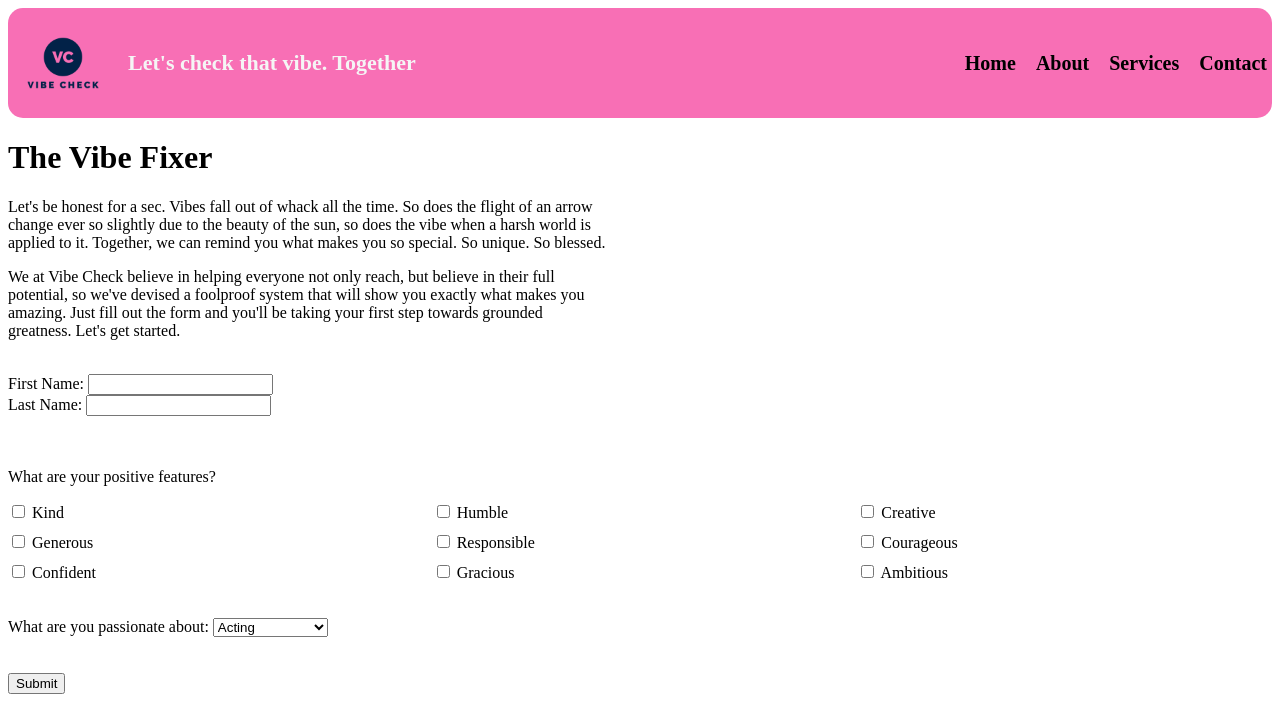
Repository: Chadloswald/Dis-Service
Page: docs/index.html
These files come from the project's save history. The page is drawn as it stood at one moment and after the next save; the edit follows.
The browser window is 1280 px wide. The pictures show the whole page.

Above is the page before, as saved 2023-05-02 11:09:19.

### docs/index.html
<!DOCTYPE html>
<html>
<head>
	<title>Dis-Service</title>
	<link rel="stylesheet" type="text/css" href="styles.css">
	<script src="scripts.js"></script>
</head>
<body>
	<header>
		<div class="logo">
		  <img src="logo.jpeg" alt="Logo">
		  <h1>Let's check that vibe. Together</h1>
		</div>
		<nav>
		  <ul>
			<li><a href="#">Home</a></li>
			<li><a href="#">About</a></li>
			<li><a href="#">Services</a></li>
			<li><a href="#">Contact</a></li>
		  </ul>
		</nav>
	  </header>
	<h1>The Vibe Fixer</h1>
	  <p>Let's be honest for a sec. Vibes fall out of whack all the time. So does the flight of an arrow change ever so slightly due to the beauty of the sun, so does the vibe when a harsh world is applied to it. Together, we can remind you what makes you so special. So unique. So blessed.</p>
		<p>We at Vibe Check believe in helping everyone not only reach, but believe in their full potential, so we've devised a foolproof system that will show you exactly what makes you amazing. Just fill out the form and you'll be taking your first step towards grounded greatness. Let's get started.</p>
	  <br>
	<form>

		<label>
			First Name:
			<input type="text" name="firstname" id="firstname">
		</label>
		<label>
			Last Name:
			<input type="text" name="lastname" id="lastname">
		</label>
		<br><br>
		<!-- ----------------------------------------- -->
		<p>What are your positive features?</p>
		<div id="checkbox-grid">
		<label>
			<input type="checkbox" name="option1" value="cruel">
			Kind
		</label>
		<label>
			<input type="checkbox" name="option2" value="arrogant">
			Humble
		</label>
		<label>
			<input type="checkbox" name="option3" value="mundane">
			Creative
		</label>
		<label>
			<input type="checkbox" name="option4" value="greedy">
			Generous
		</label>
		<label>
			<input type="checkbox" name="option5" value="irressponsible">
			Responsible
		</label>
		<label>
			<input type="checkbox" name="option6" value="cowardly">
			Courageous
		</label>
		<label>
			<input type="checkbox" name="option7"value="insecure">
			Confident
		</label>
		<label>
			<input type="checkbox" name="option8" value="ungrateful">
			Gracious
		</label>
		<label>
			<input type="checkbox" name="option9" value="apathetic">
			Ambitious
		</label>
	</div>
	<br><br>
		<!-- ------------------------------------------------- -->
		<label>
			What are you passionate about:
			<select id="dropdown">
				<option value="you on stage makes Kristen Stewart's performance in Twilight look Oscar worthy">Acting</option>
				<option value="we checked your chart and your big three are all in ugly">Astrology</option>
				<option value="the next time you get our your telescope I'm going to shine a flashlight right down the tube">Astronomy</option>
				<option value="that bottom is so soggy that Paul Hollywood would never shake your hand">Baking</option>
				<option value="I'm sure your 12 followers are just riveted">Blogging</option>
				<option value="option5">Calligraphy</option>
				<option value="option6">Ceramics</option>
				<option value="option7">Chess</option>
				<option value="option8">Collecting</option>
				<option value="it's called salt! Try using it sometime">Cooking</option>
				<option value="option10">Dancing</option>
				<option value="option10">Drawing</option>
				<option value="option10">Film-making</option>
				<option value="option10">Gardening</option>
				<option value="option10">Hiking</option>
				<option value="option10">Jewelry-making</option>
				<option value="option10">Knitting</option>
				<option value="option10">Meditation</option>
				<option value="option10">Music</option>
				<option value="option10">Painting</option>
				<option value="option10">Photography</option>
				<option value="option10">Playing sports</option>
				<option value="option10">Pottery</option>
				<option value="option10">Reading</option>
				<option value="option10">Running</option>
				<option value="option10">Singing</option>
				<option value="option10">Traveling</option>
				<option value="option10">Volunteering</option>
				<option value="option10">Woodworking</option>
				<option value="option10">Writing</option>
				<option value="option10">Yoga</option>
			</select>
		</label>
		<br><br>
		<input type="submit" value="Submit" onclick="displayMessage()">
	</form>
</body>
</html>

### docs/styles.css
label {
	display: block;
}

#checkbox-grid {
	display: grid;
	grid-template-columns: repeat(3, 1fr);
	grid-gap: 10px;
  }

  #checkbox-grid label {
	display: block;
  }

  header {
	background-color: #f86fb5;
	color: whitesmoke;
	display: flex;
	justify-content: space-between;
	align-items: center;
	padding: 5px;
	border-radius: 15px;
  }

  header h1 {
	font-size: 22px;
  }

  .logo {
	display: flex;
	align-items: center;
  }

  .logo img {
	height: 100px;
	margin-right: 15px;
  }

  nav ul {
	display: flex;
	list-style: none;
  }

  nav li {
	margin-left: 20px;
  }

  nav a {
	color: black;
	text-decoration: none;
	font-weight: bold;
	font-size: 20px;
  }

  p {
	max-width: 600px;
  }

### docs/scripts.js
function displayMessage() {
	// get the values of the input fields
	var firstname = document.getElementById("firstname").value;
	var lastname = document.getElementById("lastname").value;

	// get the values of the selected checkboxes
	var checkboxes = document.querySelectorAll('input[type="checkbox"]:checked');
	var selected = [];
	for (var i = 0; i < checkboxes.length; i++) {
		selected.push(checkboxes[i].value);
	}

	// get the value of the selected option in the dropdown menu
	var dropdown = document.getElementById("dropdown");
	var selectedOption = dropdown.options[dropdown.selectedIndex].value;

	// create an array of names
	var names = ["Smellward", "Poopington", "Fartsman", "Cheesewick", "McLoser", "Hoobitoob", "Cramsworth", "Plooperbum", "Frimblebim", "Feebrizz"];

	// randomly select two names from the array
	var randomIndex1 = Math.floor(Math.random() * names.length);
	var randomIndex2 = Math.floor(Math.random() * names.length);
	while (randomIndex1 === randomIndex2) {
		randomIndex2 = Math.floor(Math.random() * names.length);
	}
	var randomName1 = names[randomIndex1];
	var randomName2 = names[randomIndex2];

	// construct the message
	var message = "Hey " + firstname + " " + lastname + "! Here's a message to cheer you up! You are an " + selected.join(", ") + " little jerk, and " + selectedOption + ". \nYou have lost the right to use the name " + firstname + " " + lastname + ", you nerd. You will be henceforth known as " + randomName1 + " " + randomName2 + ". May shame follow your family for 1000 years.";

	// display the message in an alert box
	alert(message);
}

After the next save:
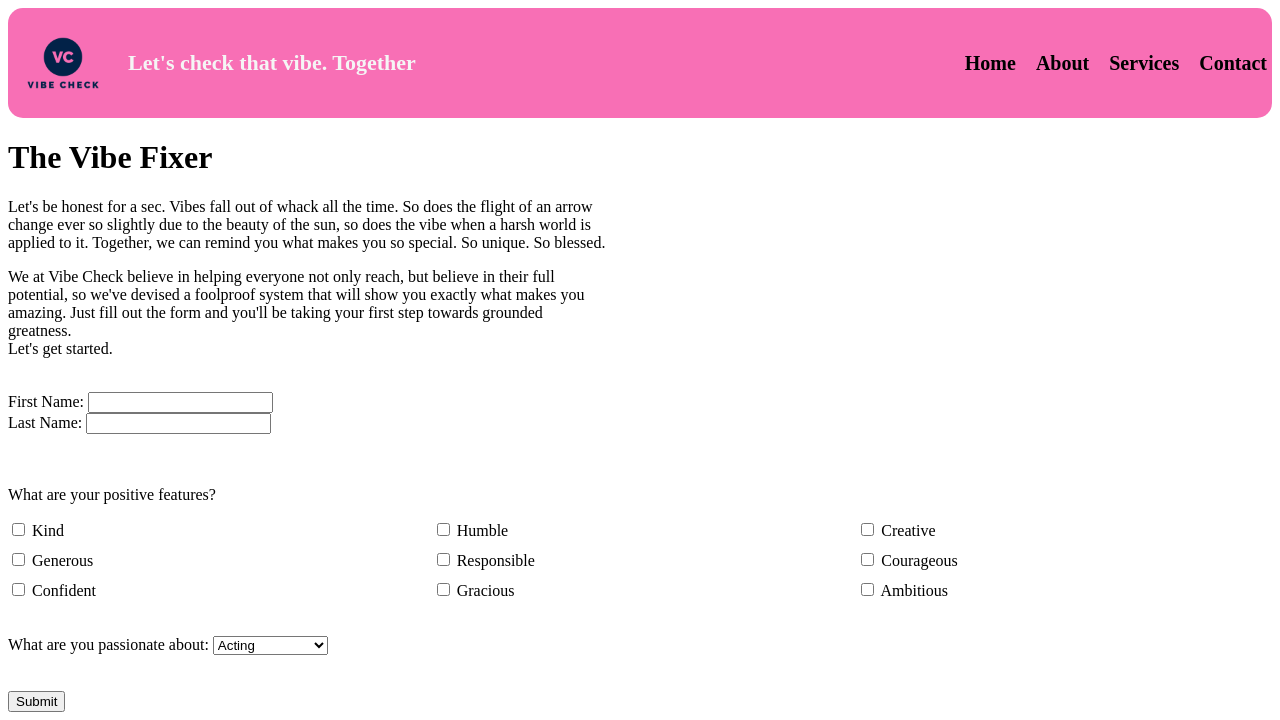
Saved 20 s later.
--- a/docs/index.html
+++ b/docs/index.html
@@ -22,7 +22,7 @@
 	  </header>
 	<h1>The Vibe Fixer</h1>
 	  <p>Let's be honest for a sec. Vibes fall out of whack all the time. So does the flight of an arrow change ever so slightly due to the beauty of the sun, so does the vibe when a harsh world is applied to it. Together, we can remind you what makes you so special. So unique. So blessed.</p>
-		<p>We at Vibe Check believe in helping everyone not only reach, but believe in their full potential, so we've devised a foolproof system that will show you exactly what makes you amazing. Just fill out the form and you'll be taking your first step towards grounded greatness. Let's get started.</p>
+		<p>We at Vibe Check believe in helping everyone not only reach, but believe in their full potential, so we've devised a foolproof system that will show you exactly what makes you amazing. Just fill out the form and you'll be taking your first step towards grounded greatness. <br>Let's get started.</p>
 	  <br>
 	<form>
 
